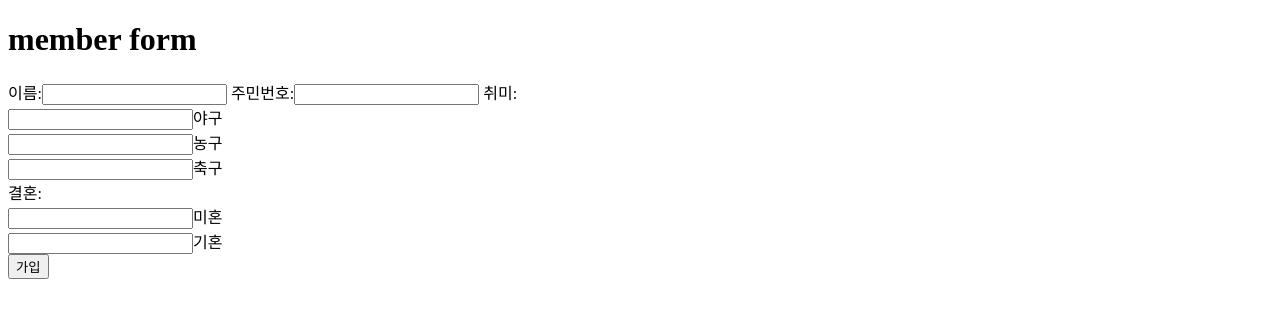
Repository: choicoding1026/Django
Page: django_workshop02/myapp/templates/memberForm.html
An editor plug-in stored every save of this project. The page is shown before and after the next save, followed by the edit.
The browser window is 1280 px wide. The pictures show the whole page.

Above is the page before, as saved 2020-09-24 05:46:06.

### django_workshop02/myapp/templates/memberForm.html
<!DOCTYPE html>
<html>
<head>
<meta charset="UTF-8">
<title>Insert title here</title>
</head>
<body>
<h1>member form</h1>
<form action="/main/memberInfo" method="get">
이름:<input type="text" name="userName" >
주민번호:<input type="text" name="userIdn" >
취미:<br>
<input type:"checkbox" name="baseball">야구<br>
<input type:"checkbox" name="basketball">농구<br>
<input type:"checkbox" name="football">축구<br>
결혼:<br>
<input type:"checkbox" name="notMarried">미혼<br>
<input type:"checkbox" name="married">기혼<br>
<button onclick="">가입</button>
</form>
</body>
</html>

After the next save:
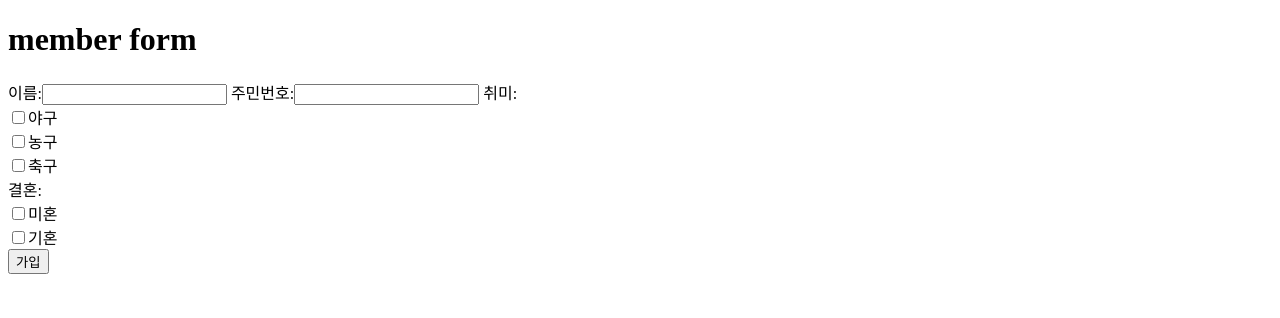
Saved 53 s later.
--- a/django_workshop02/myapp/templates/memberForm.html
+++ b/django_workshop02/myapp/templates/memberForm.html
@@ -10,13 +10,13 @@
 이름:<input type="text" name="userName" >
 주민번호:<input type="text" name="userIdn" >
 취미:<br>
-<input type:"checkbox" name="baseball">야구<br>
-<input type:"checkbox" name="basketball">농구<br>
-<input type:"checkbox" name="football">축구<br>
+<input type="checkbox" name="baseball">야구<br>
+<input type="checkbox" name="basketball">농구<br>
+<input type="checkbox" name="football">축구<br>
 결혼:<br>
-<input type:"checkbox" name="notMarried">미혼<br>
-<input type:"checkbox" name="married">기혼<br>
-<button onclick="">가입</button>
+<input type="checkbox" name="notMarried">미혼<br>
+<input type="checkbox" name="married">기혼<br>
+<input type="submit" value="가입">
 </form>
 </body>
 </html>
